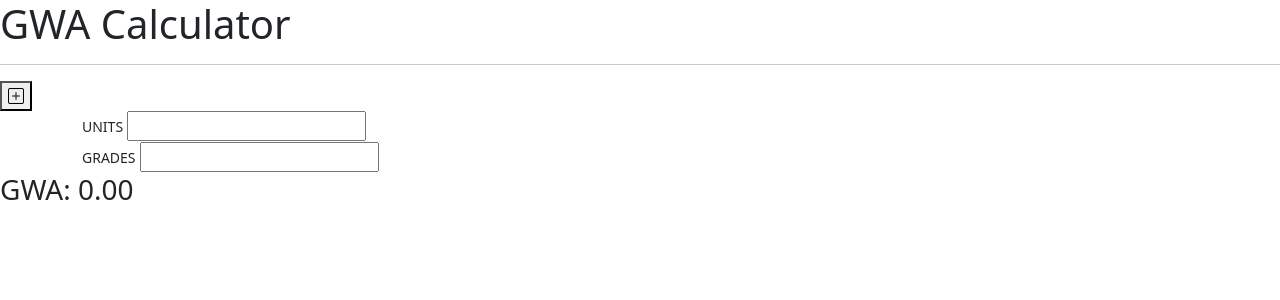
Repository: yonora/GWACalculator
Page: index.html
An editor plug-in stored every save of this project. The page is shown before and after the next save, followed by the edit.
The browser window is 1280 px wide. The pictures show the whole page.

Above is the page before, as saved 2025-01-07 21:10:03.

### index.html
<!DOCTYPE html>
<html lang="en">
<head>
    <meta charset="UTF-8">
    <meta name="viewport" content="width=device-width, initial-scale=1.0">
    <link rel="stylesheet" href="https://cdn.jsdelivr.net/npm/bootstrap@5.3.3/dist/css/bootstrap.min.css">
    <link rel="stylesheet" href="https://cdn.jsdelivr.net/npm/bootstrap-icons@1.11.3/font/bootstrap-icons.min.css">
    <script src="js.js"></script>
    <title>GWA Calculator</title>
</head>
<body>
    <h1>GWA Calculator</h1>
    <hr>
    <button class="col-auto add" onclick="add()"><i class="bi bi-plus-square"></i></button>
    <div class="container" id="container">
        <div class="grade-container" id="1">
            <div class="col-auto">
                <label class="col-form-label-sm">UNITS</label>
                <input type="number" class="col-form-control units"  min="1" oninput="getGWA()">
            </div>
            <div class="col-auto">
                <label class="col-form-label-sm">GRADES</label>
                <input type="text" class="col-form-control grades" oninput="getGWA()">
            </div>

        </div>
    </div>
    <h3>GWA: <span id="gwa">0.00</span></h3>
</body>
</html>

### js.js
function add(){
    const container = document.getElementById('container');
    var lastIndex = document.querySelectorAll('.grade-container');
    console.log(`legth: ${lastIndex.length}`);
    lastIndex = lastIndex[lastIndex.length - 1];
    lastIndex = parseFloat(lastIndex.id);
    lastIndex++;
    console.log(`index: ${lastIndex}`);
    container.insertAdjacentHTML(
        'beforeend',
        `<div class="grade-container" id=${lastIndex}>
            <div class="col-auto">
                <label class="col-form-label-sm">UNITS</label>
                <input type="number" class="col-form-control units" min="1" oninput="getGWA()">
            </div>
            <div class="col-auto">
                <label class="col-form-label-sm">GRADES</label>
                <input type="text" class="col-form-control grades" oninput="getGWA()">
            </div>
            <button class="col-auto add " onclick="add()"><i class="bi bi-plus-square"></i></button>
        </div>`
    );
    var previousContainer = document.querySelectorAll('.grade-container');
    previousContainer = previousContainer[previousContainer.length - 2];
    console.log(`last index: ${previousContainer.id}`);
    previousContainer.insertAdjacentHTML(
        'beforeend',
        `<button class="col-auto remove" onclick="remove(${previousContainer.id})"><i class="bi bi-x"></i></button>`
    );
    var add = document.querySelectorAll('.add');
    add = add[add.length - 2];
    add.remove();
}

function remove(id){
    var row = document.getElementById(`${id}`)
    row.remove();
    getGWA();
}

function getUnits(units){
    var totalUnits = 0;

    for(let i=0; i<units.length; i++){
        const unit = parseFloat(units[i].value);
        totalUnits += unit;
    }
    return totalUnits;
}


function getGWA(){
    const grades = document.querySelectorAll('.grades');
    const units = document.querySelectorAll('.units');
    const totalUnits = getUnits(units);
    var gwa = 0.00;

    for(let i=0; i<grades.length; i++){
        let unit = parseFloat(units[i].value) || 0;
        let grade = parseFloat(grades[i].value) || 0;
        gwa += (grade * unit) / totalUnits;
        document.getElementById('gwa').innerHTML = gwa.toFixed(2);
    }
}

After the next save:
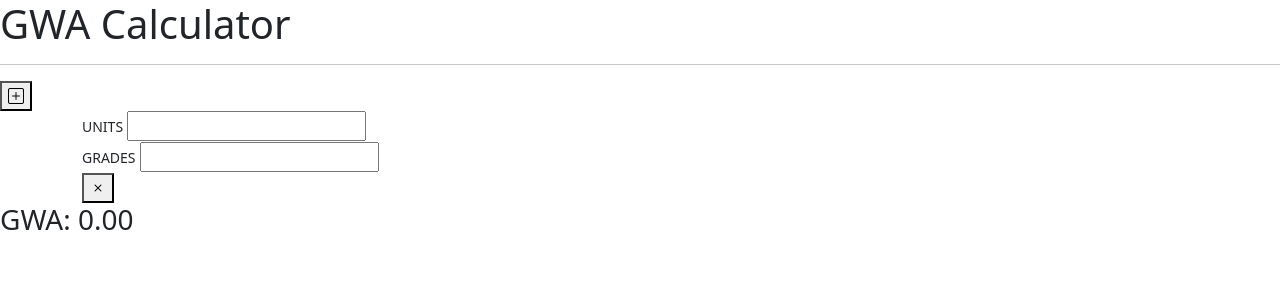
Console error (its wording comes from the project's code and is left out).
Saved 28 s later.
--- a/index.html
+++ b/index.html
@@ -22,7 +22,7 @@
                 <label class="col-form-label-sm">GRADES</label>
                 <input type="text" class="col-form-control grades" oninput="getGWA()">
             </div>
-
+            <button class="col-auto remove" onclick="remove(${previousContainer.id})"><i class="bi bi-x"></i></button>
         </div>
     </div>
     <h3>GWA: <span id="gwa">0.00</span></h3>
